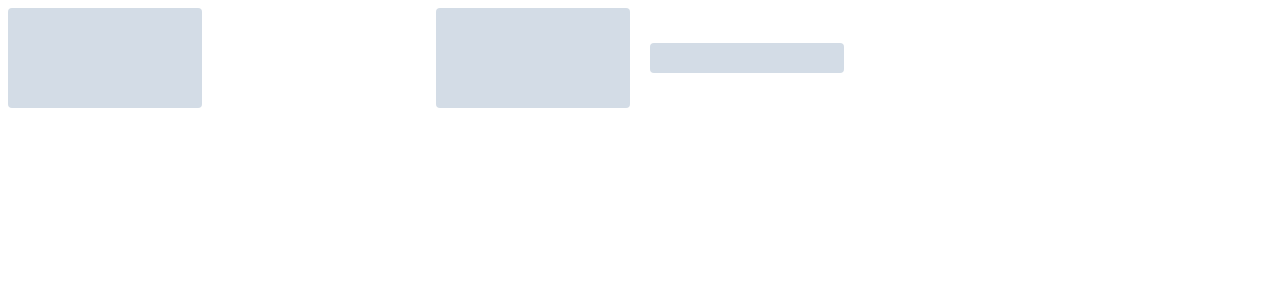
Repository: lagezhou888/element-vue2
Page: /#/button
The author's editor kept a copy of each file at every save. The page is drawn from the files as they stood at one save, then again after the next save.
The browser window is 1280 px wide. The page is 1282 px wide, so the pictures cover 1282 px, including what lies to the right of the window. The pictures show the whole page.
The project was rebuilt for these pictures with package versions that can differ from the ones it lists, and the page was loaded fresh each time. Also part of the build but not shown: src/components/HelloWorld.vue, src/views/Home.vue.

Above is the page before, as saved 2021-05-13 11:20:37.

After the next save:
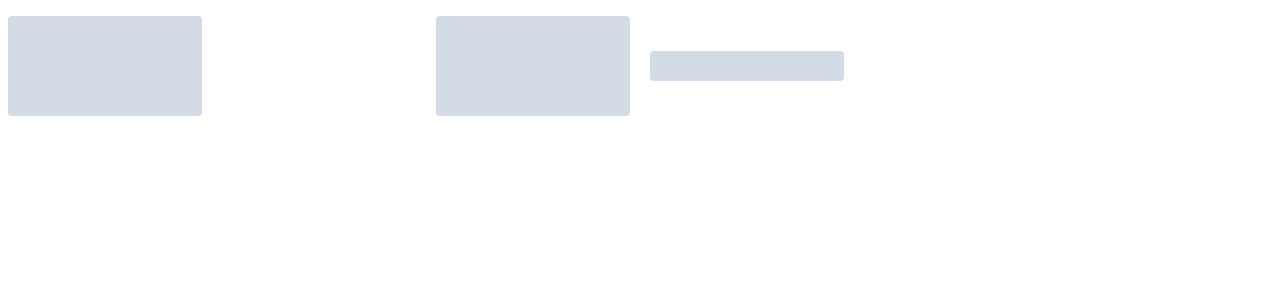
Saved 9 min 57 s later.
--- a/src/views/components/use-button.vue
+++ b/src/views/components/use-button.vue
@@ -1,6 +1,6 @@
 <template>
   <div>
-    <el-row :gutter="20" tag="span" type="flex" align="middle" justify="start">
+    <el-row :gutter="20" tag="p" type="flex" align="middle" justify="start">
       <el-col :span="4"><div class="grid-content bg-purple"></div></el-col>
       <el-col :span="4"><div class="kong">&nbsp;</div></el-col>
       <el-col :span="4"><div class="grid-content bg-purple"></div></el-col>

After the save that followed:
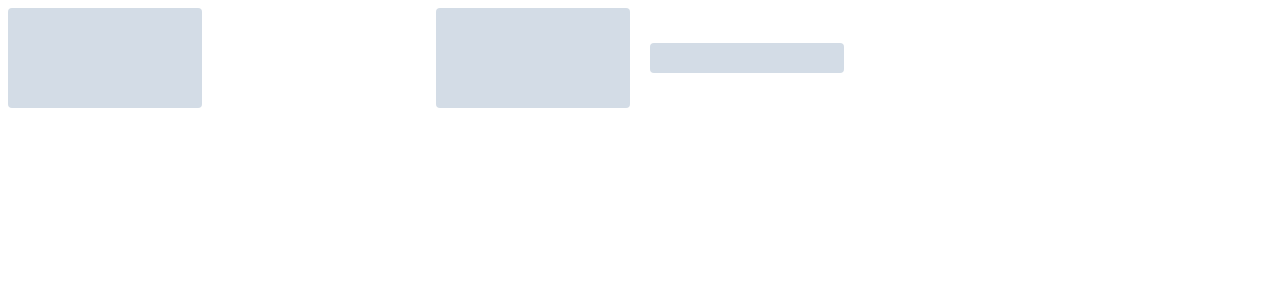
Saved 16 s later.
--- a/src/views/components/use-button.vue
+++ b/src/views/components/use-button.vue
@@ -1,6 +1,6 @@
 <template>
   <div>
-    <el-row :gutter="20" tag="p" type="flex" align="middle" justify="start">
+    <el-row :gutter="20" tag="span" type="flex" align="middle" justify="start">
       <el-col :span="4"><div class="grid-content bg-purple"></div></el-col>
       <el-col :span="4"><div class="kong">&nbsp;</div></el-col>
       <el-col :span="4"><div class="grid-content bg-purple"></div></el-col>
